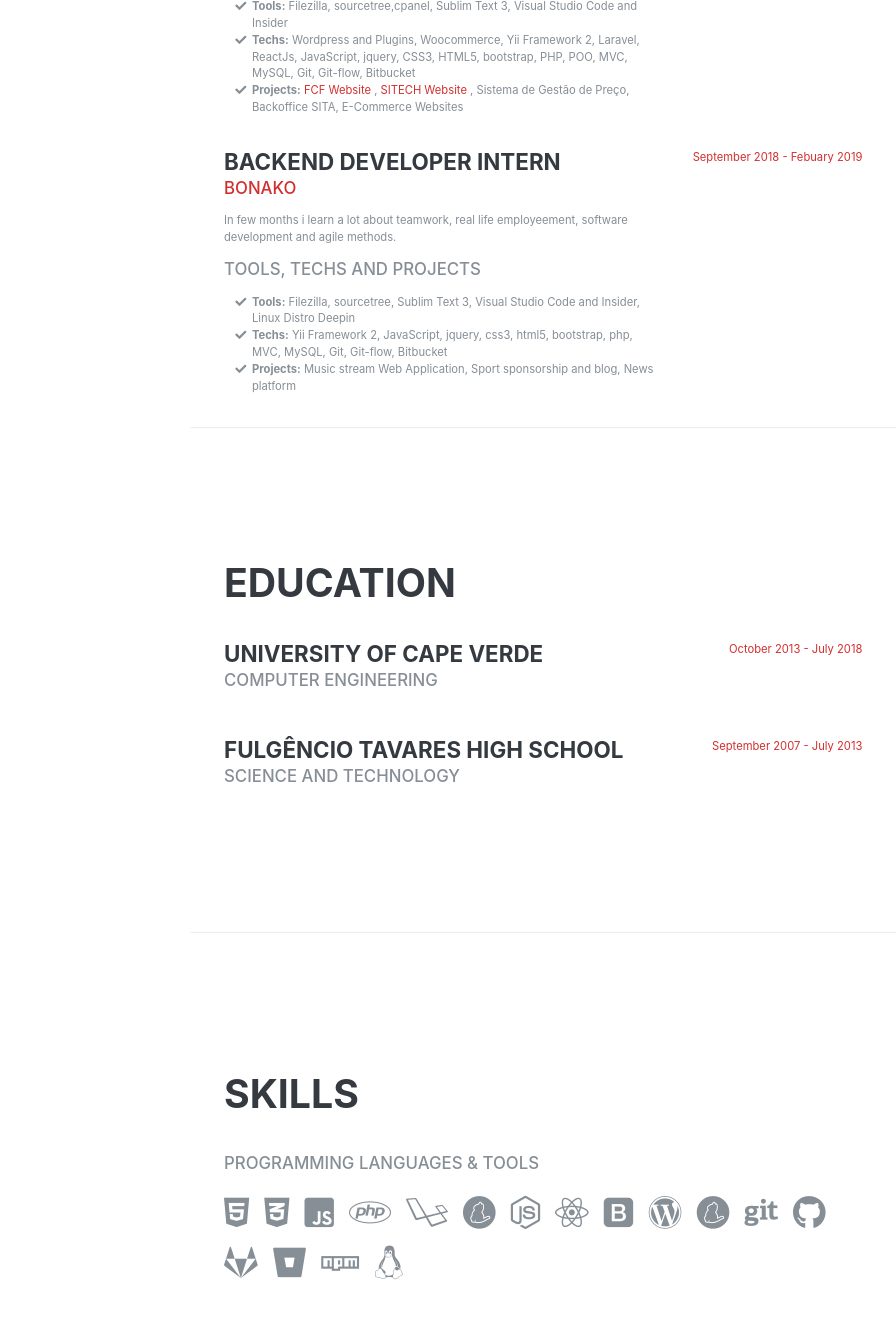
Repository: kcfurtado/kcfurtado.github.io
Page: index.html
These files come from the project's save history. The page is drawn as it stood at one moment and after the next save; the edit follows.
The browser window is 1280 px wide. The pictures show the part of the page from y = 1069 to 2989 px (the page is 3843 px tall), at 70% of full size.
Some web fonts or font styles are not loaded; a fallback is used.

Above is the page before, as saved 2020-05-04 10:35:37.

### index.html
<!DOCTYPE html>
<html lang="en">

<head>
  <!-- Global site tag (gtag.js) - Google Analytics -->
  <script async src="https://www.googletagmanager.com/gtag/js?id=UA-163968646-1"></script>
  <script>
    window.dataLayer = window.dataLayer || [];
    function gtag(){dataLayer.push(arguments);}
    gtag('js', new Date());

    gtag('config', 'UA-163968646-1');
  </script>


  <!-- tracking code -->
  <script>var clicky_site_ids = clicky_site_ids || []; clicky_site_ids.push(101248704);</script>
  <script async src="//static.getclicky.com/js"></script>

  <meta charset="utf-8">
  <meta name="viewport" content="width=device-width, initial-scale=1, shrink-to-fit=no">
  <meta name="description" content="">
  <meta name="author" content="">

  <title>Kelton Furtado - Portfolio</title>

  <!-- Bootstrap core CSS -->
  <link href="vendor/bootstrap/css/bootstrap.min.css" rel="stylesheet">

  <!-- Custom fonts for this template -->
  <link href="https://fonts.googleapis.com/css?family=Saira+Extra+Condensed:500,700" rel="stylesheet">
  <link href="https://fonts.googleapis.com/css?family=Muli:400,400i,800,800i" rel="stylesheet">
  <link href="vendor/fontawesome-free/css/all.min.css" rel="stylesheet">
  <link rel="icon" type="image/png" href="img/profile.png">

  <!-- Custom styles for this template -->
  <link href="css/resume.min.css" rel="stylesheet">



</head>

<body id="page-top">

  <nav class="navbar navbar-expand-lg navbar-dark bg-primary fixed-top" id="sideNav">
    <a class="navbar-brand js-scroll-trigger" href="#page-top">
      <span class="d-block d-lg-none">Kelton Furtado</span>
      <span class="d-none d-lg-block">
        <img class="img-fluid img-profile rounded-circle mx-auto mb-2" src="img/profile.png" alt="">
      </span>
    </a>
    <button class="navbar-toggler" type="button" data-toggle="collapse" data-target="#navbarSupportedContent" aria-controls="navbarSupportedContent" aria-expanded="false" aria-label="Toggle navigation">
      <span class="navbar-toggler-icon"></span>
    </button>
    <div class="collapse navbar-collapse" id="navbarSupportedContent">
      <ul class="navbar-nav">
        <li class="nav-item">
          <a class="nav-link js-scroll-trigger" href="#about">About</a>
        </li>
        <li class="nav-item">
          <a class="nav-link js-scroll-trigger" href="#experience">Experience</a>
        </li>
        <li class="nav-item">
          <a class="nav-link js-scroll-trigger" href="#education">Education</a>
        </li>
        <li class="nav-item">
          <a class="nav-link js-scroll-trigger" href="#skills">Skills</a>
        </li>
        <li class="nav-item">
          <a class="nav-link js-scroll-trigger" href="#interests">Interests</a>
        </li>
        <!-- <li class="nav-item">
          <a class="nav-link js-scroll-trigger" href="#awards">Awards</a>
        </li> -->
      </ul>
    </div>
  </nav>

  <div class="container-fluid p-0">

    <section class="resume-section p-3 p-lg-5 d-flex align-items-center" id="about">
      <div class="w-100">
        <h1 class="mb-0">Kelton
          <span class="text-primary">Furtado</span>
        </h1>
        <ul class="mt-5 mb-5 fa-ul">
          <li>
            <i class="fa-li fa fa-map-marker"></i> Praia · Santiago · Cape Verde
          </li>
          <li>
            <i class="fa-li fa fa-phone"></i> (+238) 599 52 45
          </li>
          <li>
            <i class="fa-li fa fa-envelope"></i>
            <a target="_blank" href="mailto:keltonfurtado95@gmail.com"> keltonfurtado95@gmail.com</a>
          </li>
        </ul>
        <p class="lead mb-5">Im a Cape Verdean programmer and computer , computer networks, computer security, linux and astronomy enthusiast. I am open to new experiences and challenges to improve as a professional and as a human being.</p>
        <div class="social-icons">
          <a target="_blank" href="https://linkedin.com/in/kelton-furtado">
            <i class="fab fa-linkedin-in"></i>
          </a>
          <a target="_blank" href="https://github.com/kcfurtado/">
            <i class="fab fa-github"></i>
          </a>
          <!--<a href="#">
            <i class="fab fa-twitter"></i>
          </a>-->
          <a target="_blank" href="https://www.facebook.com/kcafurtado">
            <i class="fab fa-facebook-f"></i>
          </a>
        </div>
      </div>
    </section>

    <hr class="m-0">

    <section class="resume-section p-3 p-lg-5 d-flex justify-content-center" id="experience">
      <div class="w-100">
        <h2 class="mb-5">Experience</h2>

        <div class="resume-item d-flex flex-column flex-md-row justify-content-between mb-5">
          <div class="resume-content">
            <h3 class="mb-0">Junior Fullstack Developer &amp; Analyst</h3>
            <div class="subheading mb-3"><a target="_blank" href="https://sitech.cv"> SITECH, S.A </a></div>
            <p></p>
            <div class="subheading mb-3">Tools, Techs and projects</div>
            <ul class="fa-ul mb-0">
              <li>
                <i class="fa-li fa fa-check"></i>
                <b>Tools:</b> Filezilla, sourcetree,cpanel, Sublim Text 3, Visual Studio Code and Insider
              </li>
              <li>
                <i class="fa-li fa fa-check"></i>
                <b>Techs:</b> Wordpress and Plugins, Woocommerce, Yii Framework 2, Laravel, ReactJs,  JavaScript, jquery, CSS3, HTML5, bootstrap, PHP, POO, MVC, MySQL, Git, Git-flow, Bitbucket
              </li>
              <li>
                <i class="fa-li fa fa-check"></i>
                <b>Projects:</b> <a target="_blank" href="https://fcf.cv">FCF Website</a> , <a target="_blank" href="https://sitech.cv">SITECH Website</a> , Sistema de Gestão de Preço, Backoffice SITA, E-Commerce Websites
              </li>
            </ul>
          </div>
          <div class="resume-date text-md-right">
            <span class="text-primary">Febuary 2019 - Present</span>
          </div>
        </div>

        <div class="resume-item d-flex flex-column flex-md-row justify-content-between">
          <div class="resume-content">
            <h3 class="mb-0">Backend Developer Intern</h3>
            <div class="subheading mb-3"><a target="_blank" href="https://bonako.com"> Bonako </a></div>
            <p> In few months i learn a lot about teamwork, real life employeement, software development and agile methods.</p>
            <div class="subheading mb-3">Tools, Techs and projects</div>
            <ul class="fa-ul mb-0">
              <li>
                <i class="fa-li fa fa-check"></i>
                <b>Tools:</b> Filezilla, sourcetree, Sublim Text 3, Visual Studio Code and Insider, Linux Distro Deepin
              </li>
              <li>
                <i class="fa-li fa fa-check"></i>
                <b>Techs:</b> Yii Framework 2, JavaScript, jquery, css3, html5, bootstrap, php, MVC, MySQL, Git, Git-flow, Bitbucket
              </li>
              <li>
                <i class="fa-li fa fa-check"></i>
                <b>Projects:</b> Music stream Web Application, Sport sponsorship and blog, News platform
              </li>
            </ul>
          </div>
          <div class="resume-date text-md-right">
            <span class="text-primary">September 2018 - Febuary 2019</span>
          </div>
        </div>

      </div>

    </section>

    <hr class="m-0">

    <section class="resume-section p-3 p-lg-5 d-flex align-items-center" id="education">
      <div class="w-100">
        <h2 class="mb-5">Education</h2>

        <div class="resume-item d-flex flex-column flex-md-row justify-content-between mb-5">
          <div class="resume-content">
            <h3 class="mb-0">University of Cape Verde</h3>
            <div class="subheading mb-3">Computer Engineering</div>
            <div></div>
            <p></p>
          </div>
          <div class="resume-date text-md-right">
            <span class="text-primary">October 2013 - July 2018 </span>
          </div>
        </div>

        <div class="resume-item d-flex flex-column flex-md-row justify-content-between">
          <div class="resume-content">
            <h3 class="mb-0">Fulgêncio Tavares High School</h3>
            <div class="subheading mb-3">Science and Technology</div>
            <p></p>
          </div>
          <div class="resume-date text-md-right">
            <span class="text-primary">September 2007 - July 2013</span>
          </div>
        </div>

      </div>
    </section>

    <hr class="m-0">

    <section class="resume-section p-3 p-lg-5 d-flex align-items-center" id="skills">
      <div class="w-100">
        <h2 class="mb-5">Skills</h2>

        <div class="subheading mb-3">Programming Languages &amp; Tools</div>
        <ul class="list-inline dev-icons">
          <li class="list-inline-item">
            <i class="fab fa-html5"></i>
          </li>
          <li class="list-inline-item">
            <i class="fab fa-css3-alt"></i>
          </li>
          <li class="list-inline-item">
            <i class="fab fa-js-square"></i>
          </li>
          <li class="list-inline-item">
            <i class="fab fa-php"></i>
          </li>
          <li class="list-inline-item">
            <i class="fab fa-laravel"></i>
          </li>
          <li class="list-inline-item">
            <i class="fab fa-yarn"></i>
          </li>
          <li class="list-inline-item">
            <i class="fab fa-node-js"></i>
          </li>
          <li class="list-inline-item">
            <i class="fab fa-react"></i>
          </li>
          <li class="list-inline-item">
            <i class="fab fa-bootstrap"></i>
          </li>
          <li class="list-inline-item">
            <i class="fab fa-wordpress"></i>
          </li>
          <li class="list-inline-item">
            <i class="fab fa-yarn"></i>
          </li>
          <li class="list-inline-item">
            <i class="fab fa-git"></i>
          </li>
          <li class="list-inline-item">
            <i class="fab fa-github"></i>
          </li>
          <li class="list-inline-item">
            <i class="fab fa-gitlab"></i>
          </li>
          <li class="list-inline-item">
            <i class="fab fa-bitbucket"></i>
          </li>
          <li class="list-inline-item">
            <i class="fab fa-npm"></i>
          </li>
          <li class="list-inline-item">
            <i class="fab fa-linux"></i>
          </li>
        </ul>

        <!--<div class="subheading mb-3">Workflow</div>
        <ul class="fa-ul mb-0">
          <li>
            <i class="fa-li fa fa-check"></i>
            Web-First, Responsive Design</li>
          <li>
            <i class="fa-li fa fa-check"></i>
            Cross Browser Testing &amp; Debugging</li>
          <li>
            <i class="fa-li fa fa-check"></i>
            Cross Functional Teams</li>
          <!--<li>
            <i class="fa-li fa fa-check"></i>
            Agile Development &amp; Scrum</li>-->
        </ul>
      </div>
    </section>

    <hr class="m-0">

    <section class="resume-section p-3 p-lg-5 d-flex align-items-center" id="interests">
      <div class="w-100">
        <div class="subheading mb-3">Interests</div>
        <ul class="fa-ul mb-0">
          <li>
            <i class="fa-li fa fa-check"></i> Computer network
          </li>
          <li>
            <i class="fa-li fa fa-check"></i> Computer security
          </li>
          <li>
            <i class="fa-li fa fa-check"></i> Linux distros ( Ubuntu, Fedora, Elementary, Deepin, Kali )
          </li>
          <li>
            <i class="fa-li fa fa-check"></i> JavaScript ( ES5, ES6, ES7 )
          </li>
          <li>
            <i class="fa-li fa fa-check"></i> NodeJS
          </li>
          <li>
            <i class="fa-li fa fa-check"></i> Web Services (API REST and RESTFull)
          </li>
          <li>
            <i class="fa-li fa fa-check"></i> ReactJS and React Native
          </li>
          <li>
            <i class="fa-li fa fa-check"></i> PHP
          </li>
          <li>
            <i class="fa-li fa fa-check"></i> PHP Frameworks ( Yii2, Laravel)
          </li>
          <li>
            <i class="fa-li fa fa-check"></i> Open Source Softwares
          </li>
          <li>
            <i class="fa-li fa fa-check"></i> Git, Git-flow, Github, Gitlab, Bitbucket
          </li>
          <li>
            <i class="fa-li fa fa-check"></i> Astronomy (Planets, Stars, Black hole, dark matters )
          </li>
          <li>
            <i class="fa-li fa fa-check"></i> Sports (Football, Handball, Basketball)
          </li>
        </ul>

      </div>
    </section>

    <hr class="m-0">

    <!--<section class="resume-section p-3 p-lg-5 d-flex align-items-center" id="awards">
      <div class="w-100">
        <h2 class="mb-5">Awards &amp; Certifications</h2>
        <ul class="fa-ul mb-0">
          <li>
            <i class="fa-li fa fa-trophy text-warning"></i>
            Google Analytics Certified Developer</li>
          <li>
            <i class="fa-li fa fa-trophy text-warning"></i>
            Mobile Web Specialist - Google Certification</li>
          <li>
            <i class="fa-li fa fa-trophy text-warning"></i>
            1<sup>st</sup>
            Place - University of Colorado Boulder - Emerging Tech Competition 2009</li>
          <li>
            <i class="fa-li fa fa-trophy text-warning"></i>
            1<sup>st</sup>
            Place - University of Colorado Boulder - Adobe Creative Jam 2008 (UI Design Category)</li>
          <li>
            <i class="fa-li fa fa-trophy text-warning"></i>
            2<sup>nd</sup>
            Place - University of Colorado Boulder - Emerging Tech Competition 2008</li>
          <li>
            <i class="fa-li fa fa-trophy text-warning"></i>
            1<sup>st</sup>
            Place - James Buchanan High School - Hackathon 2006</li>
          <li>
            <i class="fa-li fa fa-trophy text-warning"></i>
            3<sup>rd</sup>
            Place - James Buchanan High School - Hackathon 2005</li>
        </ul>
      </div>
    </section>
  -->

  </div>

  <!-- Bootstrap core JavaScript -->
  <script src="vendor/jquery/jquery.min.js"></script>
  <script src="vendor/bootstrap/js/bootstrap.bundle.min.js"></script>

  <!-- Plugin JavaScript -->
  <script src="vendor/jquery-easing/jquery.easing.min.js"></script>

  <!-- Custom scripts for this template -->
  <script src="js/resume.min.js"></script>

</body>

</html>

### css/resume.min.css
/*!
 * Start Bootstrap - Resume v5.0.8 (https://startbootstrap.com/template-overviews/resume)
 * Copyright 2013-2019 Start Bootstrap
 * Licensed under MIT (https://github.com/BlackrockDigital/startbootstrap-resume/blob/master/LICENSE)
 */body{font-family:Muli,-apple-system,BlinkMacSystemFont,'Segoe UI',Roboto,'Helvetica Neue',Arial,sans-serif,'Apple Color Emoji','Segoe UI Emoji','Segoe UI Symbol','Noto Color Emoji';padding-top:54px;color:#868e96}@media (min-width:992px){body{padding-top:0;padding-left:17rem}}h1,h2,h3,h4,h5,h6{font-family:'Saira Extra Condensed',-apple-system,BlinkMacSystemFont,'Segoe UI',Roboto,'Helvetica Neue',Arial,sans-serif,'Apple Color Emoji','Segoe UI Emoji','Segoe UI Symbol','Noto Color Emoji';font-weight:700;text-transform:uppercase;color:#343a40}h1{font-size:6rem;line-height:5.5rem}h2{font-size:3.5rem}h3{font-size:2rem}p.lead{font-size:1.15rem;font-weight:400}.subheading{text-transform:uppercase;font-weight:500;font-family:'Saira Extra Condensed',-apple-system,BlinkMacSystemFont,'Segoe UI',Roboto,'Helvetica Neue',Arial,sans-serif,'Apple Color Emoji','Segoe UI Emoji','Segoe UI Symbol','Noto Color Emoji';font-size:1.5rem}.social-icons a{display:inline-block;height:3.5rem;width:3.5rem;background-color:#495057;color:#fff!important;border-radius:100%;text-align:center;font-size:1.5rem;line-height:3.5rem;margin-right:1rem}.social-icons a:last-child{margin-right:0}.social-icons a:hover{background-color:#d32f2f}.dev-icons{font-size:3rem}.dev-icons .list-inline-item i:hover{color:#d32f2f}#sideNav .navbar-nav .nav-item .nav-link{font-weight:800;letter-spacing:.05rem;text-transform:uppercase}#sideNav .navbar-toggler:focus{outline-color:#9a0007}@media (min-width:992px){#sideNav{text-align:center;position:fixed;top:0;left:0;display:flex;flex-direction:column;width:17rem;height:100vh}#sideNav .navbar-brand{display:flex;margin:auto auto 0;padding:.5rem}#sideNav .navbar-brand .img-profile{max-width:10rem;max-height:10rem;border:.5rem solid rgba(255,255,255,.2)}#sideNav .navbar-collapse{display:flex;align-items:flex-start;flex-grow:0;width:100%;margin-bottom:auto}#sideNav .navbar-collapse .navbar-nav{flex-direction:column;width:100%}#sideNav .navbar-collapse .navbar-nav .nav-item{display:block}#sideNav .navbar-collapse .navbar-nav .nav-item .nav-link{display:block}}section.resume-section{padding-top:5rem!important;padding-bottom:5rem!important;max-width:75rem}section.resume-section .resume-item .resume-date{min-width:none}@media (min-width:768px){section.resume-section{min-height:100vh}section.resume-section .resume-item .resume-date{min-width:18rem}}@media (min-width:992px){section.resume-section{padding-top:3rem!important;padding-bottom:3rem!important}}.bg-primary{background-color:#d32f2f!important}.text-primary{color:#d32f2f!important}a{color:#d32f2f}a:active,a:focus,a:hover{color:#9a0007}

Loaded but not shown: vendor/bootstrap/css/bootstrap.min.css (library); vendor/fontawesome-free/css/all.min.css (library); vendor/jquery/jquery.min.js (library); vendor/bootstrap/js/bootstrap.bundle.min.js (library); vendor/jquery-easing/jquery.easing.min.js (common file); js/resume.min.js (common file)

After the next save:
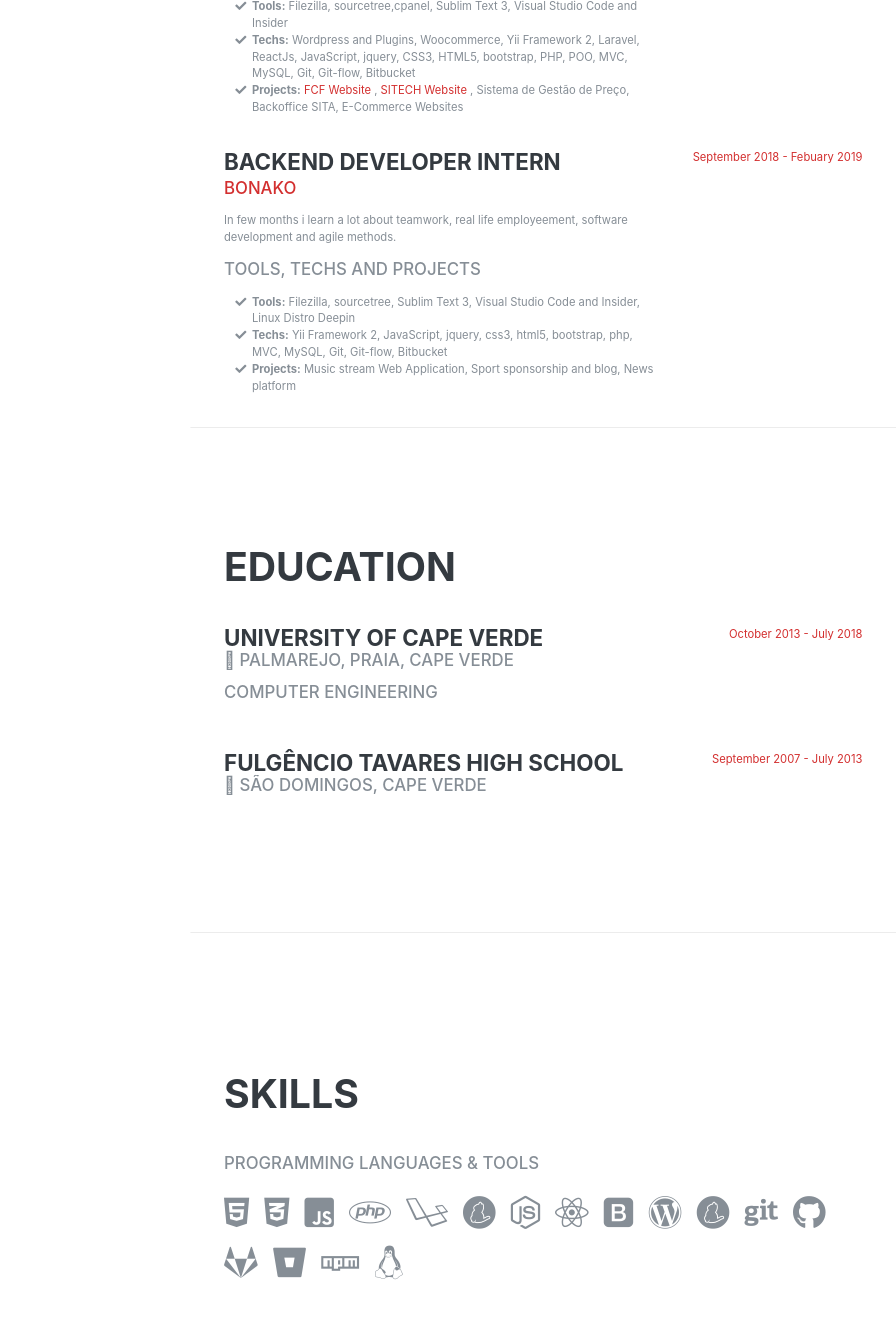
Saved 2 min 16 s later.
--- a/index.html
+++ b/index.html
@@ -184,6 +184,7 @@
         <div class="resume-item d-flex flex-column flex-md-row justify-content-between mb-5">
           <div class="resume-content">
             <h3 class="mb-0">University of Cape Verde</h3>
+            <div class="subheading mb-3 fa fa-map-marker"> Palmarejo, Praia, Cape Verde</div>
             <div class="subheading mb-3">Computer Engineering</div>
             <div></div>
             <p></p>
@@ -196,7 +197,7 @@
         <div class="resume-item d-flex flex-column flex-md-row justify-content-between">
           <div class="resume-content">
             <h3 class="mb-0">Fulgêncio Tavares High School</h3>
-            <div class="subheading mb-3">Science and Technology</div>
+            <div class="subheading mb-3 fa fa-map-marker"> São Domingos, Cape Verde</div>
             <p></p>
           </div>
           <div class="resume-date text-md-right">
